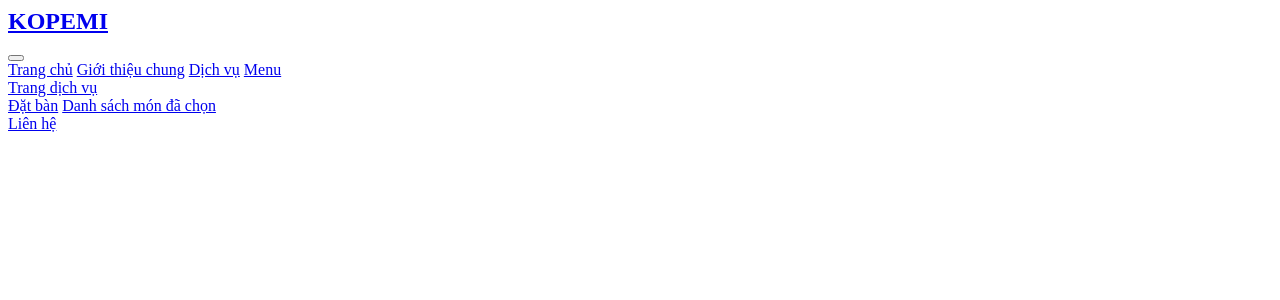
Repository: nguyenvanlinh1105/Simple-cafe-management
Page: http://localhost/cafe/common/web/header.jsp
An editor plug-in stored every save of this project. The page is shown before and after the next save, followed by the edit.
The browser window is 1280 px wide. The pictures show the whole page.
The page is served by Tomcat 9. Nobody is signed in. The application's start-up code is not run.

Above is the page before, as saved 2024-05-19 07:57:15.

After the next save:
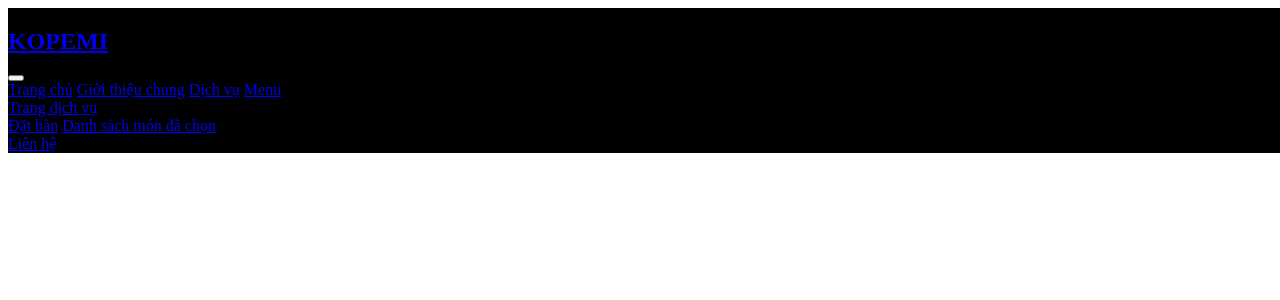
Saved 3 min 10 s later.
--- a/BaiTapTHJVA/cafe/src/main/webapp/common/web/header.jsp
+++ b/BaiTapTHJVA/cafe/src/main/webapp/common/web/header.jsp
@@ -1,6 +1,10 @@
   <%@ page language="java" contentType="text/html; charset=UTF-8" pageEncoding="UTF-8"%>
   <!-- Navigation -->
- <div class="container-fluid p-0 nav-bar">
+ <div class="container-fluid p-0 nav-bar" style="
+    width: 100%;
+    color: #fff;
+    position: fixed;
+    background: #000;">
         <nav class="navbar navbar-expand-lg bg-none navbar-dark py-3">
             <a href="index.html" class="navbar-brand px-lg-4 m-0">
                 <h1 class="m-0 display-4 text-uppercase text-white">KOPEMI</h1>
